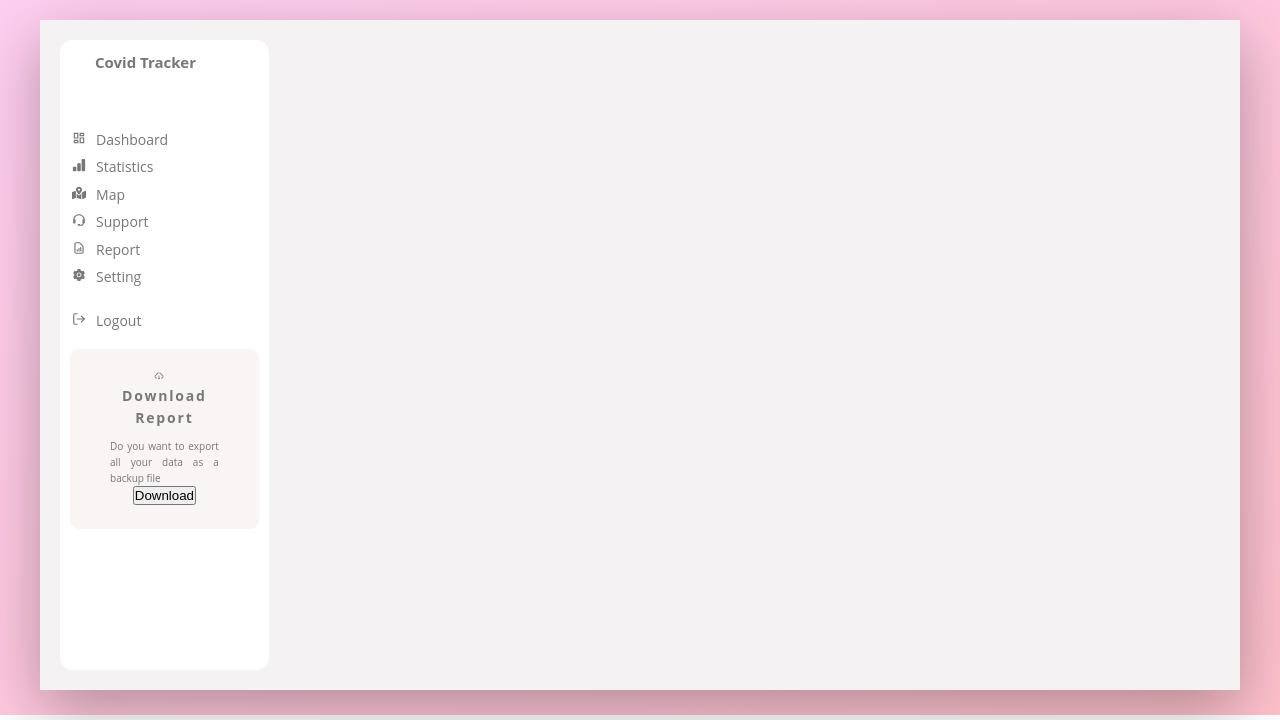
Repository: okidijimmy200/CovidAdminTracker
Page: /
An editor plug-in stored every save of this project. The page is shown before and after a run of saves, followed by the edit.
The browser window is 1280 px wide. The pictures show the whole page.
The project was rebuilt for these pictures with package versions that can differ from the ones it lists, and the page was loaded fresh each time.

Above is the page before, as saved 2022-06-16 14:21:17.

After the next 2 saves:
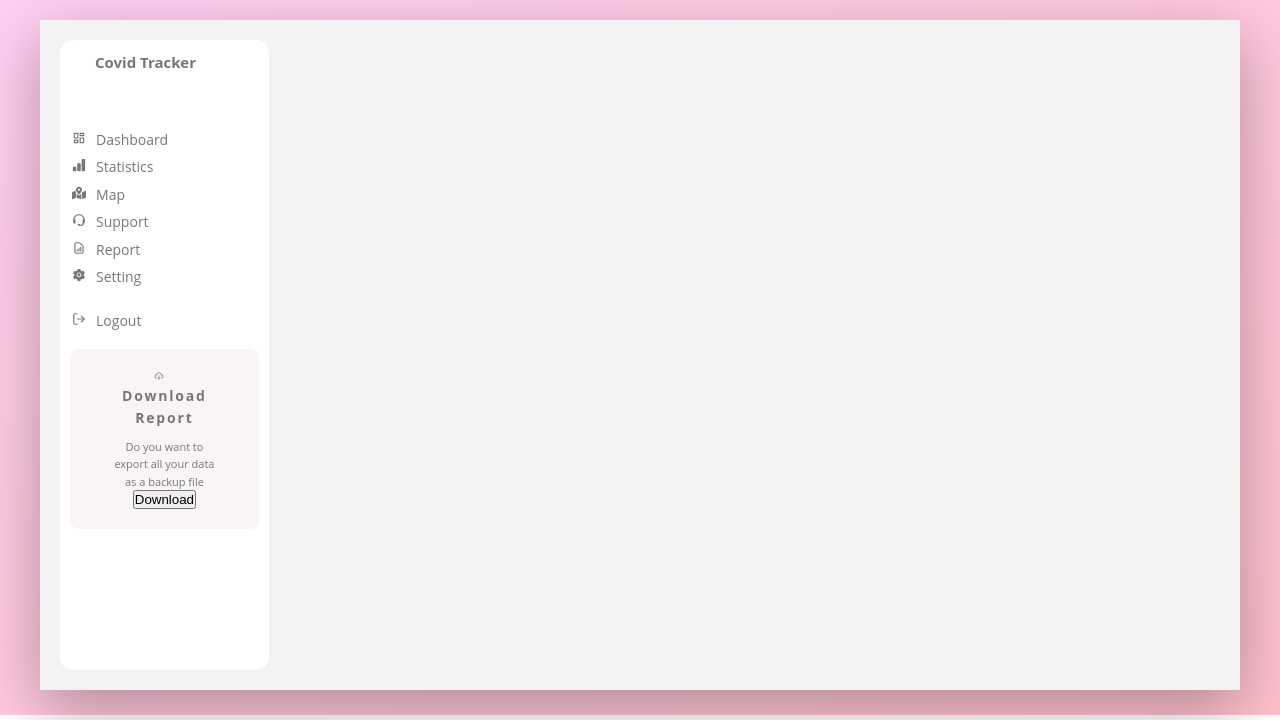
The 2 saves are shown as one change because they came seconds apart.
The last was saved 20 s later.
--- a/src/sidebar/sidebar.scss
+++ b/src/sidebar/sidebar.scss
@@ -96,5 +96,6 @@
 }
 
 .text {
-    text-align: justify;
+    text-align: center;
+    font-size: 1.1rem;
 }
